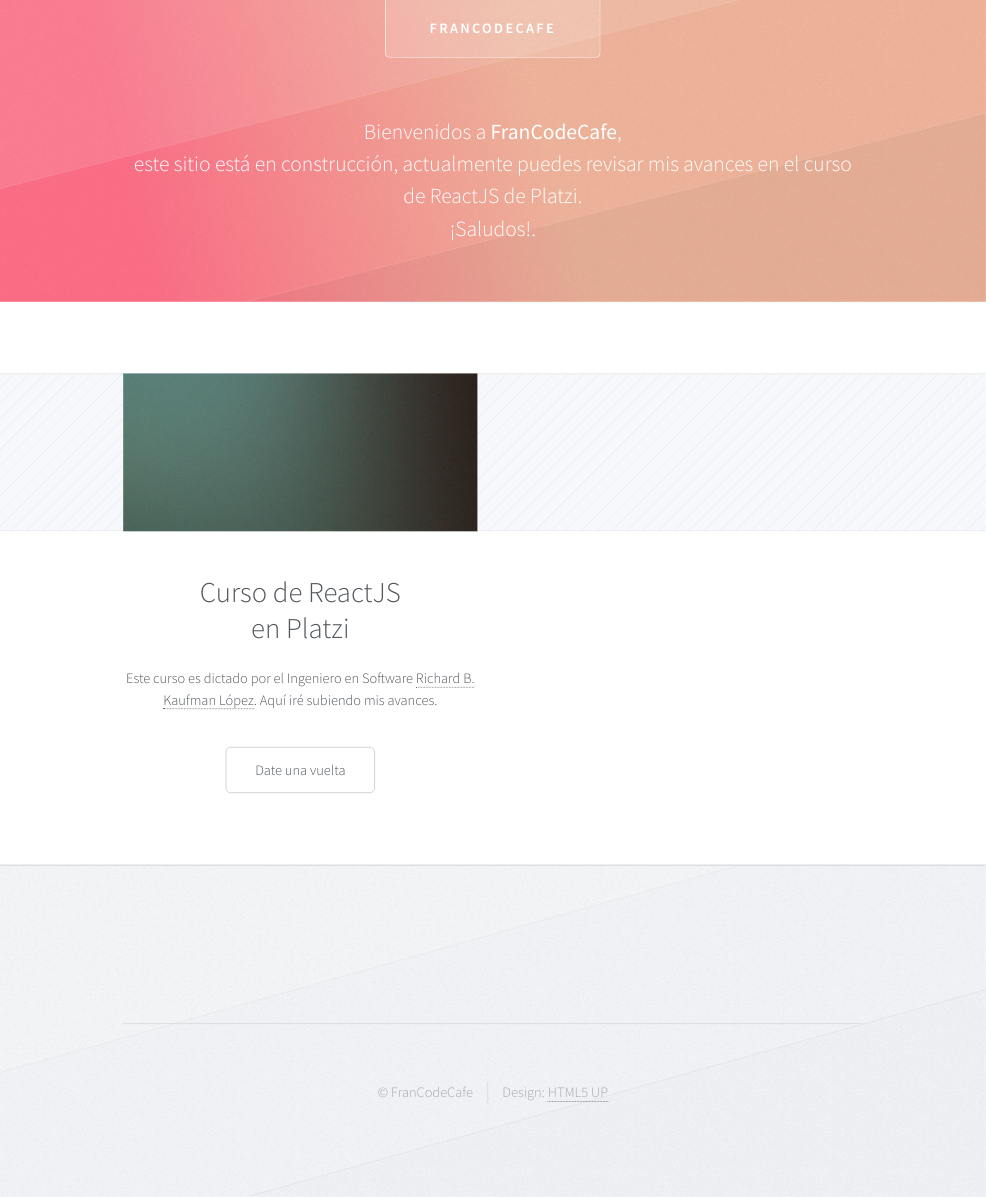
Repository: FranCodeCafe/francodecafe.github.io
Page: index.html
An editor plug-in stored every save of this project. The page is shown before and after the next save, followed by the edit.
The browser window is 1280 px wide. The pictures show the whole page, at 77% of full size.

Above is the page before, as saved 2020-01-22 14:23:47.

After the next save:
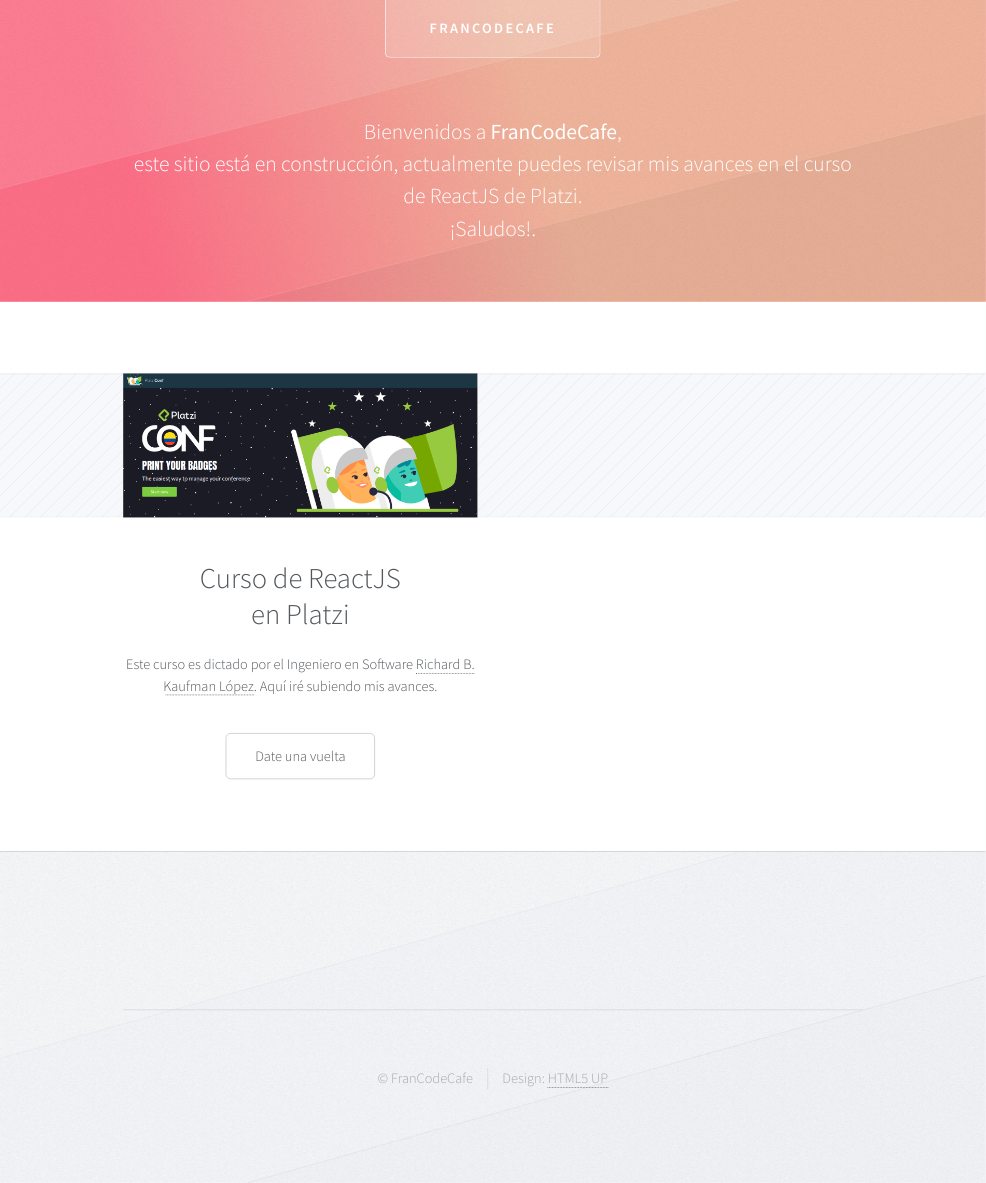
Saved 4 min 56 s later.
--- a/index.html
+++ b/index.html
@@ -84,7 +84,7 @@
 					<div class="row">
 						<section class="6u 12u(narrower) feature">
 							<div class="image-wrapper first">
-								<a href="https://francodecafe.github.io/fran-platzi-badges" class="image featured first"><img src="images/pic01.jpg" alt="" /></a>
+								<a href="https://francodecafe.github.io/fran-platzi-badges" class="image featured first"><img src="images/fran-platzi-badges.png" alt="" /></a>
 							</div>
 							<header>
 								<h2>Curso de ReactJS<br />
